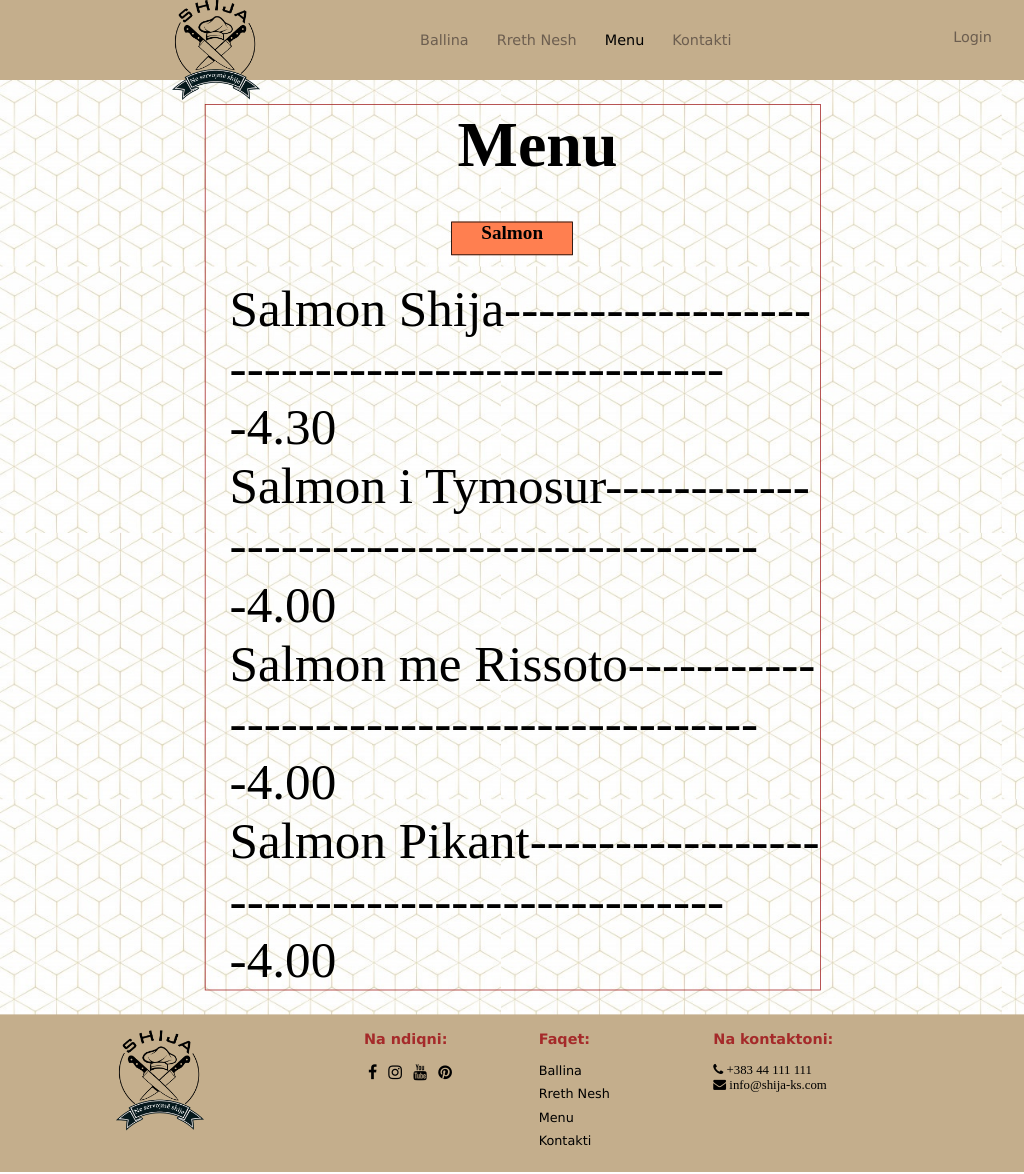
Repository: bs47892/ProjektiWeb-Shija2020
Page: http://localhost/menu.html
The author's editor kept a copy of each file at every save. The page is drawn from the files as they stood at one save, then again after the next save.
The browser window is 1280 px wide. The pictures show the whole page, at 80% of full size.
Some web fonts or font styles are not loaded; a fallback is used. The page is run by PHP 8.4 with error messages shown; the project is at /var/www/html/.

Above is the page before, as saved 2021-02-12 14:18:52.

After the next save:
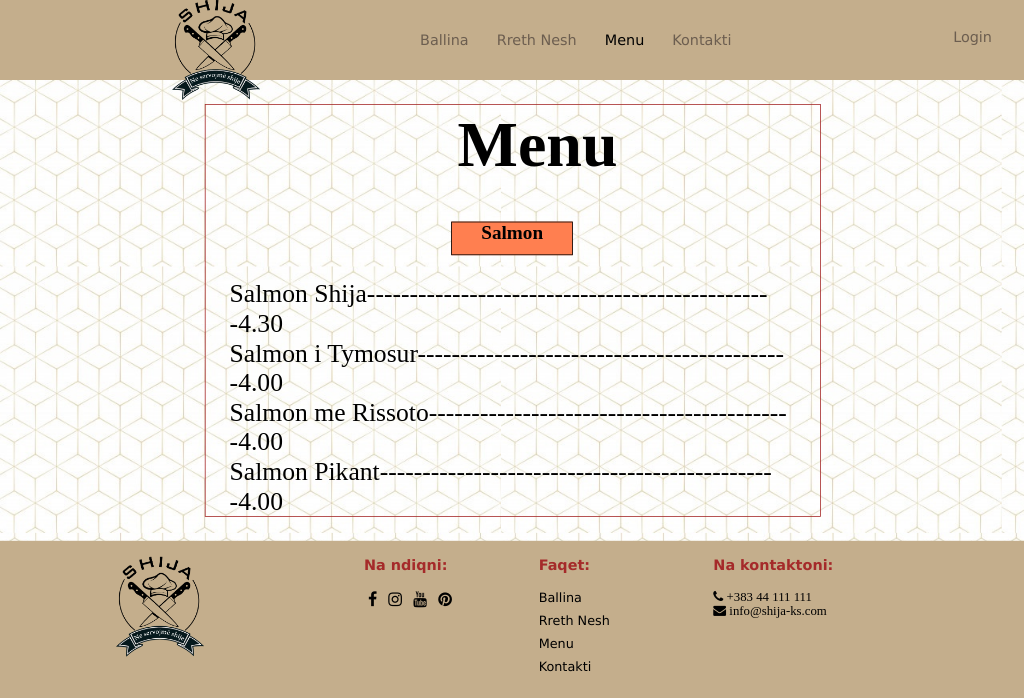
Saved 11 s later.
--- a/style.css
+++ b/style.css
@@ -376,7 +376,7 @@ font-family: 'EB Garamond', serif;
     font-family: 'EB Garamond', serif;
     margin-left: 30px;
     margin-top: 30px;
-    font-size: 400%;
+    font-size: 200%;
 
 }
 /*Menu perfundon ketu*/
